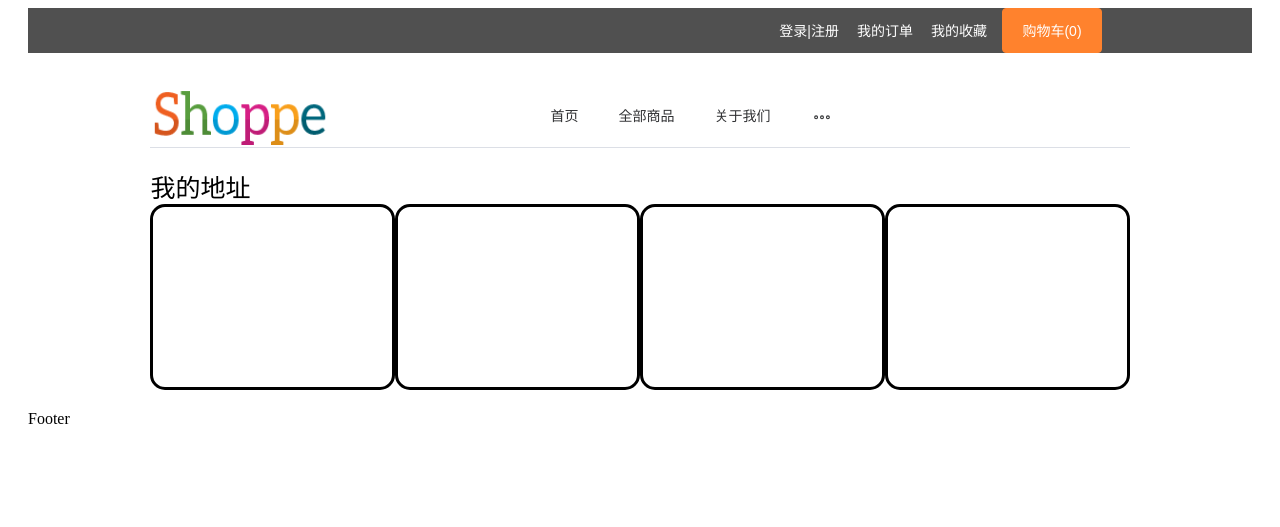
Repository: zhenghaochang/---
Page: /#/confirmOrder (app in xiaomi/)
An editor plug-in stored every save of this project. The page is shown before and after a run of saves, followed by the edit.
The browser window is 1280 px wide. The pictures show the whole page.
The project was rebuilt for these pictures with package versions that can differ from the ones it lists, and the page was loaded fresh each time. Also part of the build but not shown: xiaomi/vite.config.js.

Above is the page before, as saved 2025-08-03 16:02:05.

After the next 2 saves:
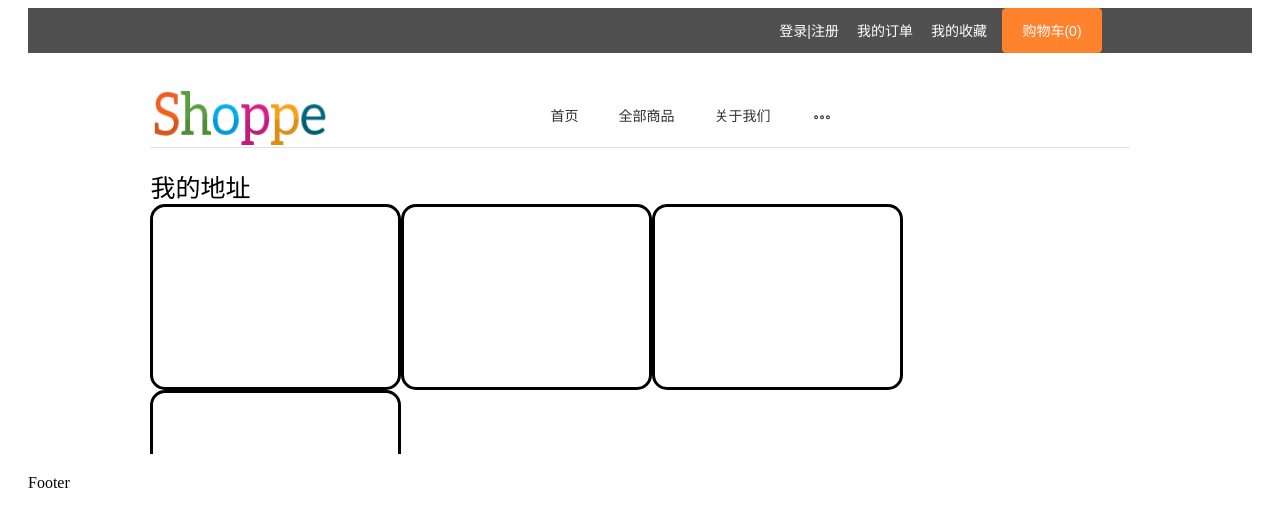
The 2 saves are shown as one change because they came seconds apart.
The last was saved 9 s later.
--- a/xiaomi/src/view/confirmOrder.vue
+++ b/xiaomi/src/view/confirmOrder.vue
@@ -6,7 +6,7 @@
     <div class="base_div">
         <div style="width:80%;display:flex;flex-direction:column">
             <span style="font-size:25px">我的地址</span>
-            <el-scrollbar wrap-style="width:100%;" view-style="display:flex" max-height="250px">
+            <el-scrollbar wrap-style="width:100%;" view-style="display:flex;flex-wrap:wrap" max-height="250px">
                <div class="address_div" v-for="item in 4" :key="item">
 
                 </div>
